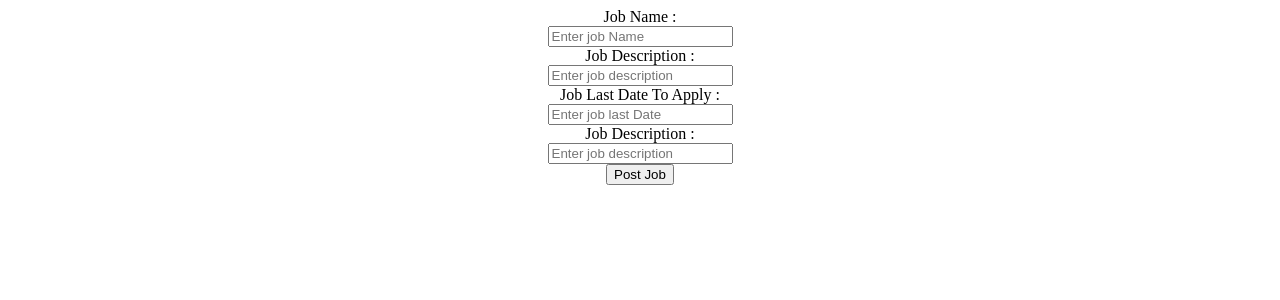
Repository: JamesArul/CLBSiteSTMT
Page: StudentsMeetFrontEnd/WebContent/Job/JobPost.html
An editor plug-in stored every save of this project. The page is shown before and after the next save, followed by the edit.
The browser window is 1280 px wide. The pictures show the whole page.

Above is the page before, as saved 2017-06-06 00:42:36.

After the next save:
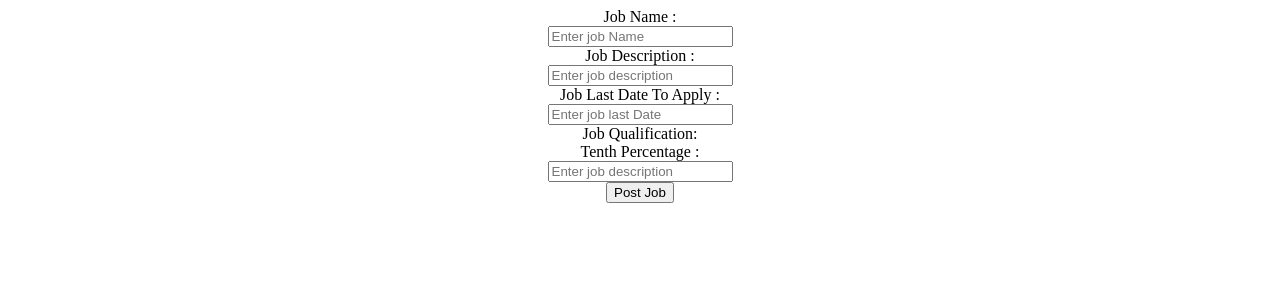
Saved 67 s later.
--- a/StudentsMeetFrontEnd/WebContent/Job/JobPost.html
+++ b/StudentsMeetFrontEnd/WebContent/Job/JobPost.html
@@ -20,10 +20,11 @@
       <input type="text" class="form-control" id="jobLastDAte" placeholder="Enter job last Date"  ng-model="jtrl.job.lastDateToApply">
     </div>
   </div>
+  Job Qualification:
     <div class="form-group">
-    <label class="control-label col-sm-2" for="jobDesc">Job Description :</label>
+    <label class="control-label col-sm-2" for="jobTenth">Tenth Percentage :</label>
     <div class="col-sm-10">
-      <input type="text" class="form-control" id="jobDesc" placeholder="Enter job description"  ng-model="jtrl.job.jobDescription">
+      <input type="text" class="form-control" id="jobTenth" placeholder="Enter job description"  ng-model="jtrl.job.requiredQualification">
     </div>
   </div>
   <div class="form-group">
